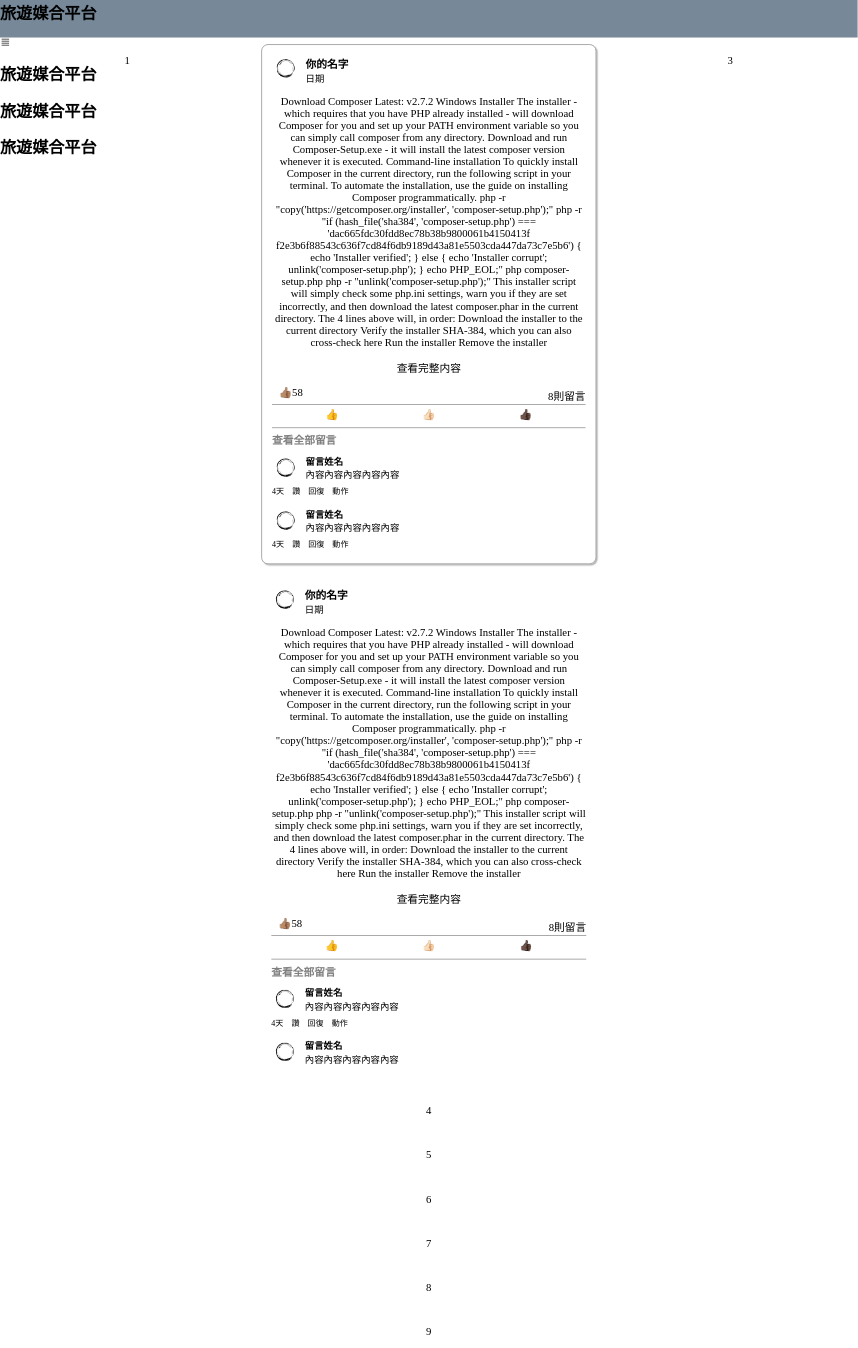
Repository: yuchiyang123/index_view
Page: http://localhost/
The author's editor kept a copy of each file at every save. The page is drawn from the files as they stood at one save, then again after the next save.
The browser window is 1280 px wide. The pictures show the whole page, at 67% of full size.
The page is run by PHP 8.4 with error messages shown; the project is at /var/www/html/.

Above is the page before, as saved 2024-03-27 16:47:50.

### index.php
<style>

body {
    display: block;
    margin: 0; /* 设置 margin 为 0 */
}
.grid-container {

  display: grid;
  grid-template-columns: auto 500px auto;
  grid-template-rows:auto;
  grid-gap: 10px;
  grid-template-areas:
    "A B C";

}

.grid-item {
    padding: 15px;
    text-align: center;

}
.cut{
    border: 1px solid gray;
    border-radius: 10px;
    box-shadow: 2px 2px 2px rgba(0, 0, 0, 0.3);
}
.first{
    grid-area: A;
    min-height: 800px;
}
.end{
    grid-area: C;
}
.mid{
    grid-area: B;

    grid-gap: 10px;
}
.limt{
    min-height: 350px;
}
.inner-grid {
    display: inline-grid;
    width: 30%;
    transition: background-color 0.3s;
    padding-top: 5px;
    padding-bottom: 10px;
    text-align: center;
}
.inner-grid:hover {
    background-color: rgba(128, 128, 128, 0.4);
}
.line{
    border-top: 1px solid gray;
    border-bottom: 1px solid gray;
}
.respond{

    padding-bottom: 8px;
    text-align: left;
    padding-left:10px;
}
.respond > div {
    display: inline-block;
}
.message{
    text-align: right;
}
.respond, .message {
    display: inline-block;
}
.container {
    display: flex;
    justify-content: space-between;
    align-items: center;
}

.popup {
    display: none;
    position: fixed;
    top: 50%;
    left: 50%;
    transform: translate(-50%, -50%);
    width: 500px;
    padding: 20px;
    background-color: #fff;
    z-index: 9998;
    max-width: 500px;
    max-height: 800px;
    overflow-y: auto;

}

.trigger a {
    cursor: pointer;
}

.blur-background {
    filter: blur(0px);
}
.box{

}
.imgsize{
    width: 40px;
    height: auto;

}

.image-container {
    float: left;
    margin-right: 10px;
}

.text-container {
    overflow: hidden;
}
.user{

    text-align: left;
    font-weight: bold;

}
.date{
    font-size: 14px;
    text-align: left;
}
a{
    text-decoration: none;
    color: black;
}
.overlay {
    display: none;
    position: fixed;
    top: 0;
    left: 0;
    width: 100%;
    height: 100%;
    background-color: rgba(0, 0, 0, 0.5);
    z-index: 9997;
  }
  .SeeAllMessage{
    padding-top: 5px;
    text-align: left;
  }
  .SeeAllMessage a{
    text-align: left;
    color: gray;
    font-weight: bold;
  }
  .LeaveMessage{
    margin-top: 10px;
    padding-bottom : 5px;

  }

  .LeaveMessageall{
    border-radius: 5px;
    display: block;

  }
  .LeaveMessageUsernameIMG{
    width: 40px;
    height: auto;
    background-color:#ffffff;
    padding-bottom: 6px;

  }
  .LeaveMessageimgdiv{
    float: left;
    margin-right: 10px;
    display: block;
  }
  .LeaveMessageUsername{
    text-align: left;
    font-size: 14px;
    font-weight: bold;
  }
  .LeaveMessageMain{
    text-align: left;
    font-size: 14px;
    padding-bottom: 6px;

  }
  .LeaveMessageAction{
    font-size: 12px;
    text-align: left;
  }
</style>
<html>
<body>
<?php
    include('header.php');
?>
  <div id="box" class="box">
    <div class="grid-container">

      <div class="grid-item"><div class="first">1</div></div>
      <div class="grid-item"><div class="end">3</div></div>
        <div class="mid">
        <div class="cut">
          <div class="grid-item">
            <div class="limt">
            <div class="image-container">
                <img src="img/2-1.png" class="imgsize">
                        </div>
                <div class="text-container">
                    <div class="user"><a href="#"><div><a href="#">你的名字</a></div></a></div>
                    <div class="date"><div><a href="#">日期</a></div></div>
                </div>
                <div class="clearfix"></div>
                <p class="main">
                Download Composer Latest: v2.7.2
                    Windows Installer
                    The installer - which requires that you have PHP already installed - will download Composer for you and set up your PATH environment variable so you can simply call composer from any directory.

                    Download and run Composer-Setup.exe - it will install the latest composer version whenever it is executed.

                    Command-line installation
                    To quickly install Composer in the current directory, run the following script in your terminal. To automate the installation, use the guide on installing Composer programmatically.

                    php -r "copy('https://getcomposer.org/installer', 'composer-setup.php');"
                    php -r "if (hash_file('sha384', 'composer-setup.php') === 'dac665fdc30fdd8ec78b38b9800061b4150413f
                    f2e3b6f88543c636f7cd84f6db9189d43a81e5503cda447da73c7e5b6') { echo 'Installer verified'; } else { echo 'Installer corrupt'; unlink('composer-setup.php'); } echo PHP_EOL;"
                    php composer-setup.php
                    php -r "unlink('composer-setup.php');"
                    This installer script will simply check some php.ini settings, warn you if they are set incorrectly, and then download the latest composer.phar in the current directory. The 4 lines above will, in order:

                    Download the installer to the current directory
                    Verify the installer SHA-384, which you can also cross-check here
                    Run the installer
                    Remove the installer<div class="trigger"><a href="#">查看完整内容</a></div>
                </p>
                <div class="container">
                    <div class="respond"><a href="#">👍🏽</a><div><a href="#">58</a></div></div>
                    <div class="message"><div><a href="#">8則留言</a></div></div>
                </div>
                <div class="line">
                    <div class="inner-grid">👍</div>
                    <div class="inner-grid">👍🏻</div>
                    <div class="inner-grid">👍🏿</div>
                </div>
                <div class="SeeAllMessage"><a href="#">查看全部留言</a></div>
                <div class="LeaveMessage">
                    <div><a href="#"></a></div>
                    <div>
                        <div class="LeaveMessageimgdiv">
                            <img src="img/2-1.png" class="LeaveMessageUsernameIMG">
                        </div>
                        <div class="LeaveMessageall">
                            <div class="LeaveMessageUsername">
                                留言姓名
                            </div>
                            <div class="LeaveMessageMain">
                                內容內容內容內容內容
                            </div>
                            <div class="LeaveMessageAction">
                                <a href="#">4天</a>&emsp;<a href="#">讚</a>&emsp;<a href="#">回復</a>&emsp;<a href="#">動作</a>
                            </div>
                        </div>

                    </div>
                </div>
                <div class="LeaveMessage">
                    <div><a href="#"></a></div>
                    <div>
                        <div class="LeaveMessageimgdiv">
                            <img src="img/2-1.png" class="LeaveMessageUsernameIMG">
                        </div>
                        <div class="LeaveMessageall">
                            <div class="LeaveMessageUsername">
                                留言姓名
                            </div>
                            <div class="LeaveMessageMain">
                                內容內容內容內容內容
                            </div>
                            <div class="LeaveMessageAction">
                                <a href="#">4天</a>&emsp;<a href="#">讚</a>&emsp;<a href="#">回復</a>&emsp;<a href="#">動作</a>
                            </div>
                        </div>

                    </div>
                </div>
            </div>
            </div>
        </div><br>
        <div class="mid">
          <div class="grid-item">
            <div class="limt">
            <div class="image-container">
                <img src="img/2-1.png" class="imgsize">
                        </div>
                <div class="text-container">
                    <div class="user"><a href="#"><div><a href="#">你的名字</a></div></a></div>
                    <div class="date"><div><a href="#">日期</a></div></div>
                </div>
                <div class="clearfix"></div>
                <p class="main">
                Download Composer Latest: v2.7.2
                    Windows Installer
                    The installer - which requires that you have PHP already installed - will download Composer for you and set up your PATH environment variable so you can simply call composer from any directory.

                    Download and run Composer-Setup.exe - it will install the latest composer version whenever it is executed.

                    Command-line installation
                    To quickly install Composer in the current directory, run the following script in your terminal. To automate the installation, use the guide on installing Composer programmatically.

                    php -r "copy('https://getcomposer.org/installer', 'composer-setup.php');"
                    php -r "if (hash_file('sha384', 'composer-setup.php') === 'dac665fdc30fdd8ec78b38b9800061b4150413f
                    f2e3b6f88543c636f7cd84f6db9189d43a81e5503cda447da73c7e5b6') { echo 'Installer verified'; } else { echo 'Installer corrupt'; unlink('composer-setup.php'); } echo PHP_EOL;"
                    php composer-setup.php
                    php -r "unlink('composer-setup.php');"
                    This installer script will simply check some php.ini settings, warn you if they are set incorrectly, and then download the latest composer.phar in the current directory. The 4 lines above will, in order:

                    Download the installer to the current directory
                    Verify the installer SHA-384, which you can also cross-check here
                    Run the installer
                    Remove the installer<div class="trigger"><a href="#">查看完整内容</a></div>
                </p>
                <div class="container">
                    <div class="respond"><a href="#">👍🏽</a><div><a href="#">58</a></div></div>
                    <div class="message"><div><a href="#">8則留言</a></div></div>
                </div>
                <div class="line">
                    <div class="inner-grid">👍</div>
                    <div class="inner-grid">👍🏻</div>
                    <div class="inner-grid">👍🏿</div>
                </div>
                <div class="SeeAllMessage"><a href="#">查看全部留言</a></div>
                <div class="LeaveMessage">
                    <div><a href="#"></a></div>
                    <div>
                        <div class="LeaveMessageimgdiv">
                            <img src="img/2-1.png" class="LeaveMessageUsernameIMG">
                        </div>
                        <div class="LeaveMessageall">
                            <div class="LeaveMessageUsername">
                                留言姓名
                            </div>
                            <div class="LeaveMessageMain">
                                內容內容內容內容內容
                            </div>
                            <div class="LeaveMessageAction">
                                <a href="#">4天</a>&emsp;<a href="#">讚</a>&emsp;<a href="#">回復</a>&emsp;<a href="#">動作</a>
                            </div>
                        </div>

                    </div>
                </div>
                <div class="LeaveMessage">
                    <div><a href="#"></a></div>
                    <div><div class="LeaveMessageimgdiv"><img src="img/2-1.png" class="LeaveMessageUsernameIMG"></div><div class="LeaveMessageUsername">留言姓名</div><div class="LeaveMessageMain">內容內容內容內容內容</div></div>
                </div>
            </div>
        </div><br>
          <div class="grid-item">4</div><br>
          <div class="grid-item">5</div><br>
          <div class="grid-item">6</div><br>
          <div class="grid-item">7</div><br>
          <div class="grid-item">8</div><br>
          <div class="grid-item">9</div>
          <div class="overlay" id="overlay"></div>
          <div id="popup" class="popup">
          <div class="mid">
        <div class="cut">
          <div class="grid-item">
            <div class="limt">
            <div class="image-container">
                <img src="img/2-1.png" class="imgsize">
                        </div>
                <div class="text-container">
                    <div class="user"><a href="#"><div><a href="#">你的名字</a></div></a></div>
                    <div class="date"><div><a href="#">日期</a></div></div>
                </div>
                <div class="clearfix"></div>
                <p class="main">
                Download Composer Latest: v2.7.2
                    Windows Installer
                    The installer - which requires that you have PHP already installed - will download Composer for you and set up your PATH environment variable so you can simply call composer from any directory.

                    Download and run Composer-Setup.exe - it will install the latest composer version whenever it is executed.

                    Command-line installation
                    To quickly install Composer in the current directory, run the following script in your terminal. To automate the installation, use the guide on installing Composer programmatically.

                    php -r "copy('https://getcomposer.org/installer', 'composer-setup.php');"
                    php -r "if (hash_file('sha384', 'composer-setup.php') === 'dac665fdc30fdd8ec78b38b9800061b4150413f
                    f2e3b6f88543c636f7cd84f6db9189d43a81e5503cda447da73c7e5b6') { echo 'Installer verified'; } else { echo 'Installer corrupt'; unlink('composer-setup.php'); } echo PHP_EOL;"
                    php composer-setup.php
                    php -r "unlink('composer-setup.php');"
                    This installer script will simply check some php.ini settings, warn you if they are set incorrectly, and then download the latest composer.phar in the current directory. The 4 lines above will, in order:

                    Download the installer to the current directory
                    Verify the installer SHA-384, which you can also cross-check here
                    Run the installer
                    Remove the installer<div class="trigger"><a href="#">查看完整内容</a></div>
                </p>
                <div class="container">
                    <div class="respond"><a href="#">👍🏽</a><div><a href="#">58</a></div></div>
                    <div class="message"><div><a href="#">8則留言</a></div></div>
                </div>
                <div class="line">
                    <div class="inner-grid">👍</div>
                    <div class="inner-grid">👍🏻</div>
                    <div class="inner-grid">👍🏿</div>
                </div>
                <div class="SeeAllMessage"><a href="#">查看全部留言</a></div>
                <div class="LeaveMessage">
                    <div><a href="#"></a></div>
                    <div>
                        <div class="LeaveMessageimgdiv">
                            <img src="img/2-1.png" class="LeaveMessageUsernameIMG">
                        </div>
                        <div class="LeaveMessageall">
                            <div class="LeaveMessageUsername">
                                留言姓名
                            </div>
                            <div class="LeaveMessageMain">
                                內容內容內容內容內容
                            </div>
                            <div class="LeaveMessageAction">
                                <a href="#">4天</a>&emsp;<a href="#">讚</a>&emsp;<a href="#">回復</a>&emsp;<a href="#">動作</a>
                            </div>
                        </div>

                    </div>
                </div>
                <div class="LeaveMessage">
                    <div><a href="#"></a></div>
                    <div>
                        <div class="LeaveMessageimgdiv">
                            <img src="img/2-1.png" class="LeaveMessageUsernameIMG">
                        </div>
                        <div class="LeaveMessageall">
                            <div class="LeaveMessageUsername">
                                留言姓名
                            </div>
                            <div class="LeaveMessageMain">
                                內容內容內容內容內容
                            </div>
                            <div class="LeaveMessageAction">
                                <a href="#">4天</a>&emsp;<a href="#">讚</a>&emsp;<a href="#">回復</a>&emsp;<a href="#">動作</a>
                            </div>
                        </div>

                    </div>
                </div>
                <div class="LeaveMessage">
                    <div><a href="#"></a></div>
                    <div>
                        <div class="LeaveMessageimgdiv">
                            <img src="img/2-1.png" class="LeaveMessageUsernameIMG">
                        </div>
                        <div class="LeaveMessageall">
                            <div class="LeaveMessageUsername">
                                留言姓名
                            </div>
                            <div class="LeaveMessageMain">
                                內容內容內容內容內容
                            </div>
                            <div class="LeaveMessageAction">
                                <a href="#">4天</a>&emsp;<a href="#">讚</a>&emsp;<a href="#">回復</a>&emsp;<a href="#">動作</a>
                            </div>
                        </div>

                    </div>
                </div><div class="LeaveMessage">
                    <div><a href="#"></a></div>
                    <div>
                        <div class="LeaveMessageimgdiv">
                            <img src="img/2-1.png" class="LeaveMessageUsernameIMG">
                        </div>
                        <div class="LeaveMessageall">
                            <div class="LeaveMessageUsername">
                                留言姓名
                            </div>
                            <div class="LeaveMessageMain">
                                內容內容內容內容內容
                            </div>
                            <div class="LeaveMessageAction">
                                <a href="#">4天</a>&emsp;<a href="#">讚</a>&emsp;<a href="#">回復</a>&emsp;<a href="#">動作</a>
                            </div>
                        </div>

                    </div>
                </div>
                <div class="LeaveMessage">
                    <div><a href="#"></a></div>
                    <div>
                        <div class="LeaveMessageimgdiv">
                            <img src="img/2-1.png" class="LeaveMessageUsernameIMG">
                        </div>
                        <div class="LeaveMessageall">
                            <div class="LeaveMessageUsername">
                                留言姓名
                            </div>
                            <div class="LeaveMessageMain">
                                內容內容內容內容內容
                            </div>
                            <div class="LeaveMessageAction">
                                <a href="#">4天</a>&emsp;<a href="#">讚</a>&emsp;<a href="#">回復</a>&emsp;<a href="#">動作</a>
                            </div>
                        </div>

                    </div>
                </div>
            </div>
            </div>
        </div><br>
            <!--div class="close"><a href="#">关闭</a></div-->
        </div>
        </div>


        </div>
    </div>
  </div>
  <script>
    var overlay = document.getElementById('overlay');
    var trigger = document.querySelector('.trigger a');
    var popup = document.getElementById('popup');
    var header = document.querySelector('.header');
    trigger.addEventListener('click', function(event) {
        event.preventDefault();
        popup.style.display = 'block';
        header.style.backgroundColor = 'rgba(0, 0, 0, 0.000001)';
        overlay.style.display = 'block';
        popup.style.border = '1px solid gray';
        popup.style.boxShadow = '0px 0px 15px rgba(0, 0, 0, 0.7)';
        /*
        document.body.classList.add('blur-background');
        popup.style.filter = 'none';// 移除 body 元素的模糊效果*/
    });
    var closeBtn = document.querySelector('.close a');
    /*
    closeBtn.addEventListener('click', function(event) {
        event.preventDefault();
        popup.style.display = 'none';
        popup.style.boxShadow = 'none';
    });
    */
    overlay.addEventListener('click', function(event) {
        event.preventDefault();
        event.stopPropagation();
        popup.style.display = 'none';
        overlay.style.display = 'none' ;
        popup.style.boxShadow = 'none';
        header.style.backgroundColor = '#ffffff';
    });
  </script>
</body>
</html>

### header.php
<script type="module" src="https://unpkg.com/ionicons@7.1.0/dist/ionicons/ionicons.esm.js"></script>
<script nomodule src="https://unpkg.com/ionicons@7.1.0/dist/ionicons/ionicons.js"></script>
<style>
   .header {
    position: sticky; /* 将标题栏固定在容器内 */
    top: 0; /* 将标题栏固定在容器的顶部 */
    z-index: 9999; /* 确保标题栏位于其他内容的上层 */
    /* 其他样式，例如背景颜色、文本样式等 */
    grid-area: header;
    background-color: lightslategray;
    width: 100%; /* 设置标题栏的宽度为100%，使其填满整个屏幕 */
    height: 56px;
    margin-bottom: 10px;
    box-sizing: border-box;
}
</style>
<header class="header">
    <div>
        <h2>旅遊媒合平台</h2>
    </div>
    <div>
        <ion-icon name="reorder-four-outline"></ion-icon>
    </div>
    <div>
        <h2>旅遊媒合平台</h2>
    </div>
    <div>
        <h2>旅遊媒合平台</h2>
    </div>
    <div>
        <h2>旅遊媒合平台</h2>
    </div>
</header>

After the next save:
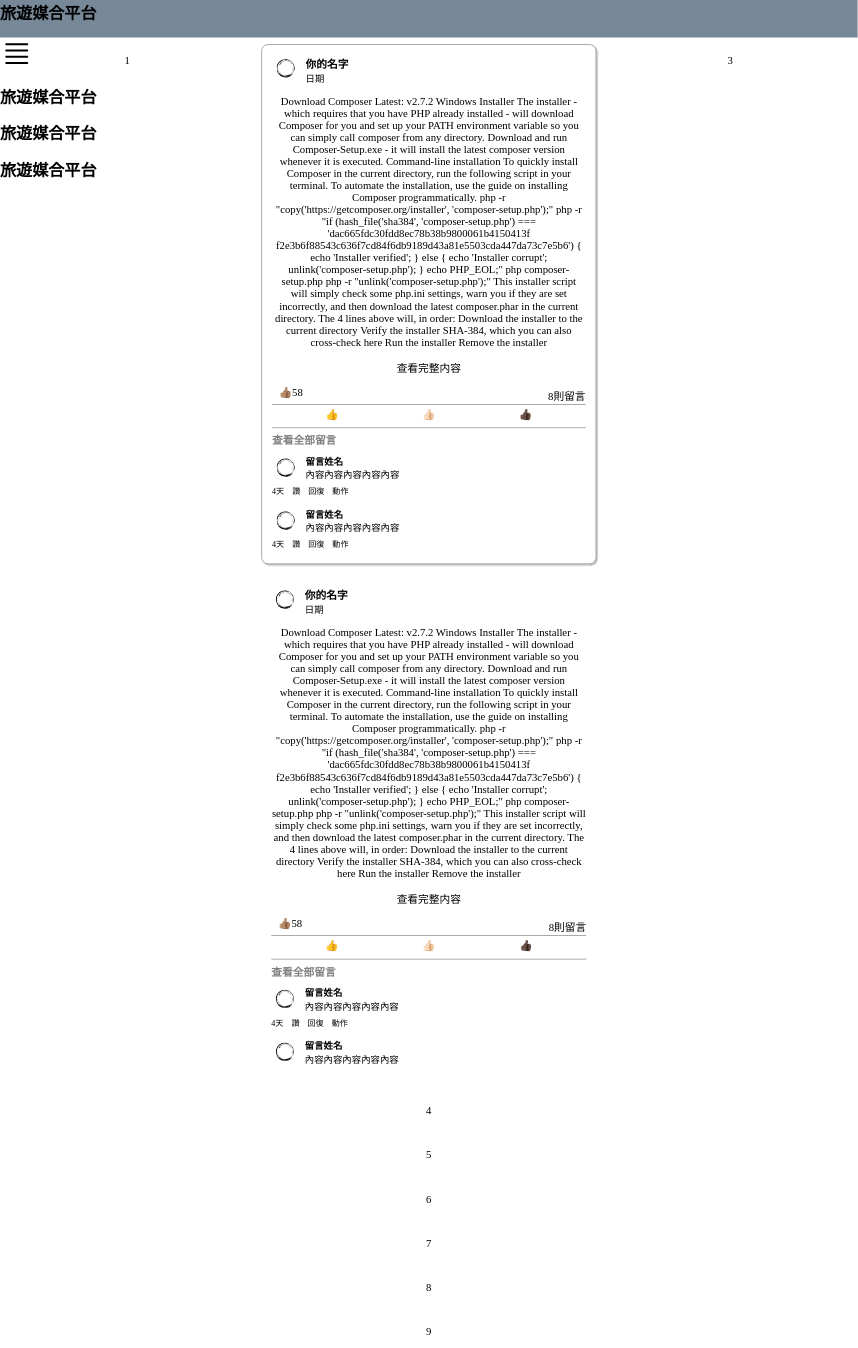
Saved 41 s later.
--- a/header.php
+++ b/header.php
@@ -12,6 +12,9 @@
     height: 56px;
     margin-bottom: 10px;
     box-sizing: border-box;
+}
+ion-icon {
+  font-size: 50px;
 }
 </style>
 <header class="header">
